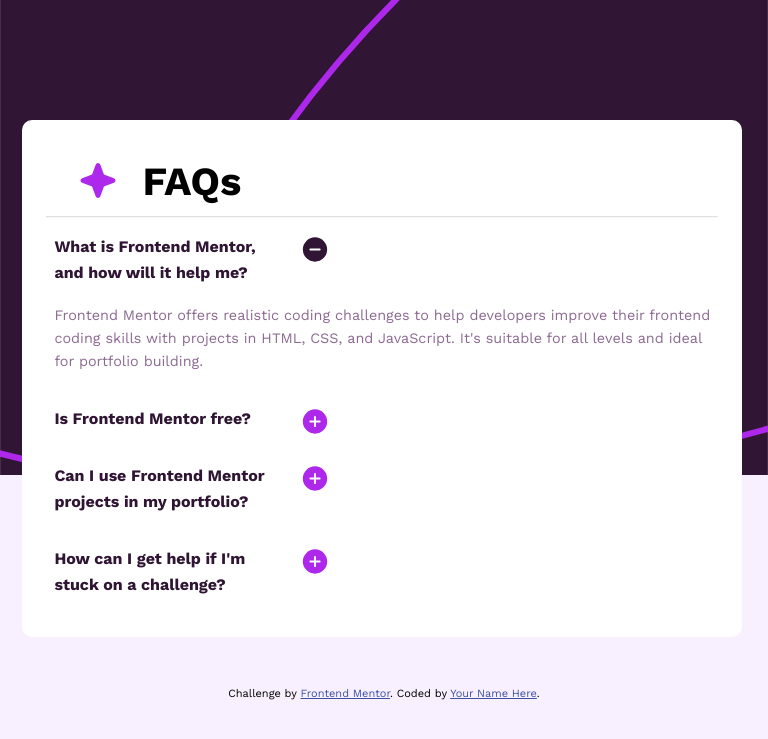
Repository: imokha01/accordion-main
Page: index.html
The author's editor kept a copy of each file at every save. The page is drawn from the files as they stood at one save, then again after a run of saves.
The browser window is 768 px wide. The pictures show the whole page.
After loading, the first visible `div.title` was clicked once.

Above is the page before, as saved 2023-12-26 11:41:10.

After the next 2 saves:
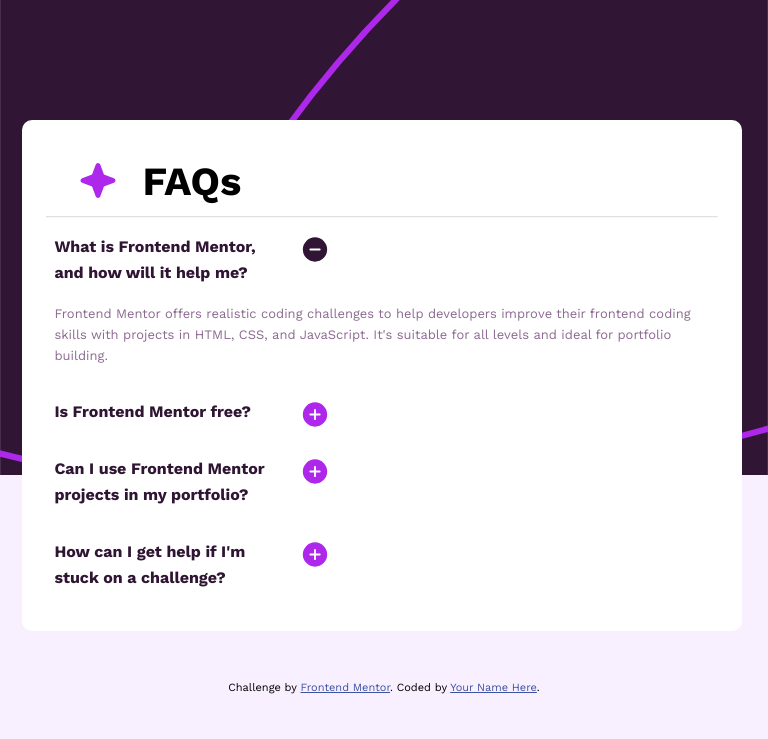
The 2 saves are shown as one change because they came seconds apart.
The last was saved 7 s later.
--- a/index.css
+++ b/index.css
@@ -153,6 +153,6 @@
     }
 
     .para {
-        font-size: .8.rem;
+        font-size: .81rem;
     }
 }
